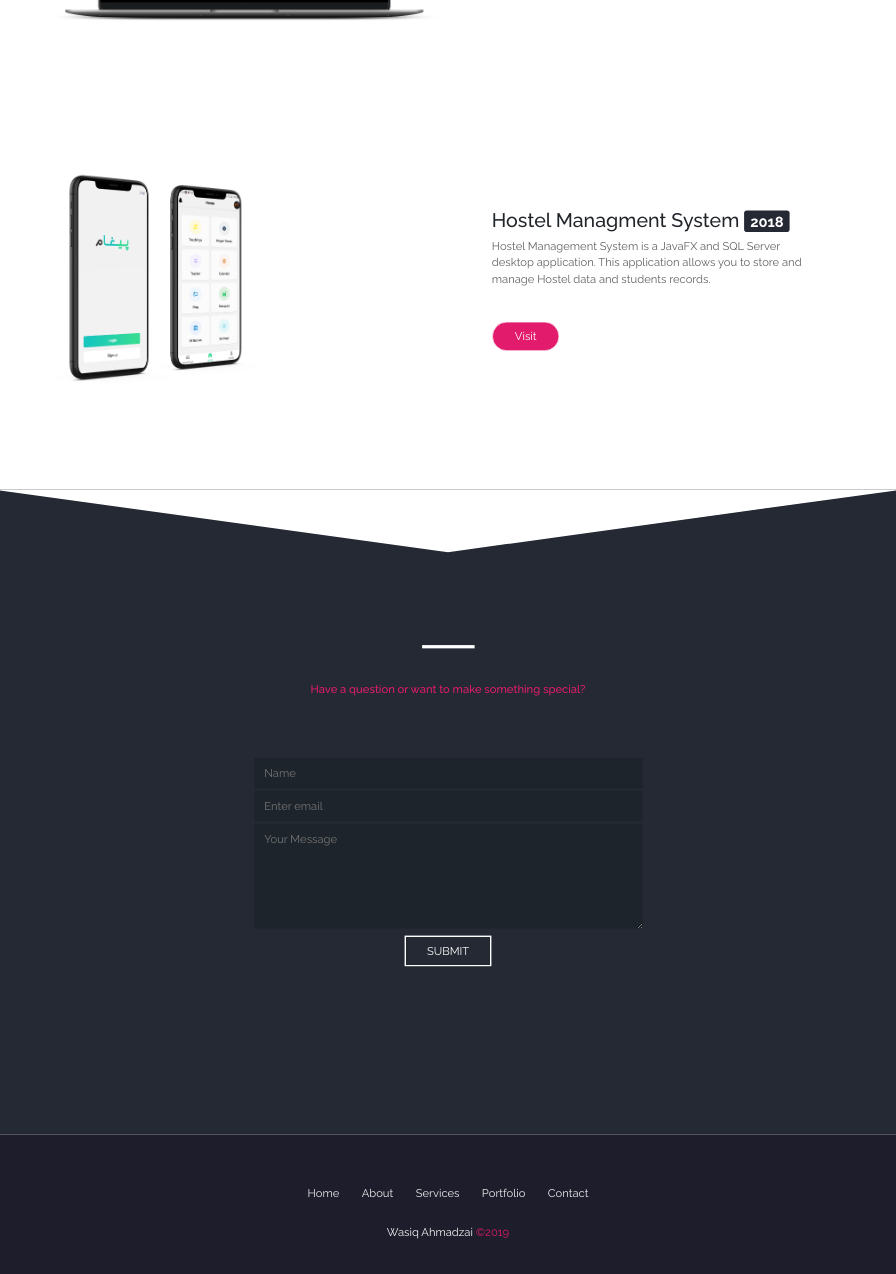
Repository: wasiqkhan/wasiqkhan.github.io
Page: index.html
These files come from the project's save history. The page is drawn as it stood at one moment and after the next save; the edit follows.
The browser window is 1280 px wide. The pictures show the part of the page from y = 3182 to 5102 px (the page is 5002 px tall before and 5102 px after), at 70% of full size.
Some web fonts or font styles are not loaded; a fallback is used.

Above is the page before, as saved 2020-12-03 01:44:41.
Not found: js/all.js
Not found: js/app.js
Not found: js/particles.js

After the next save:
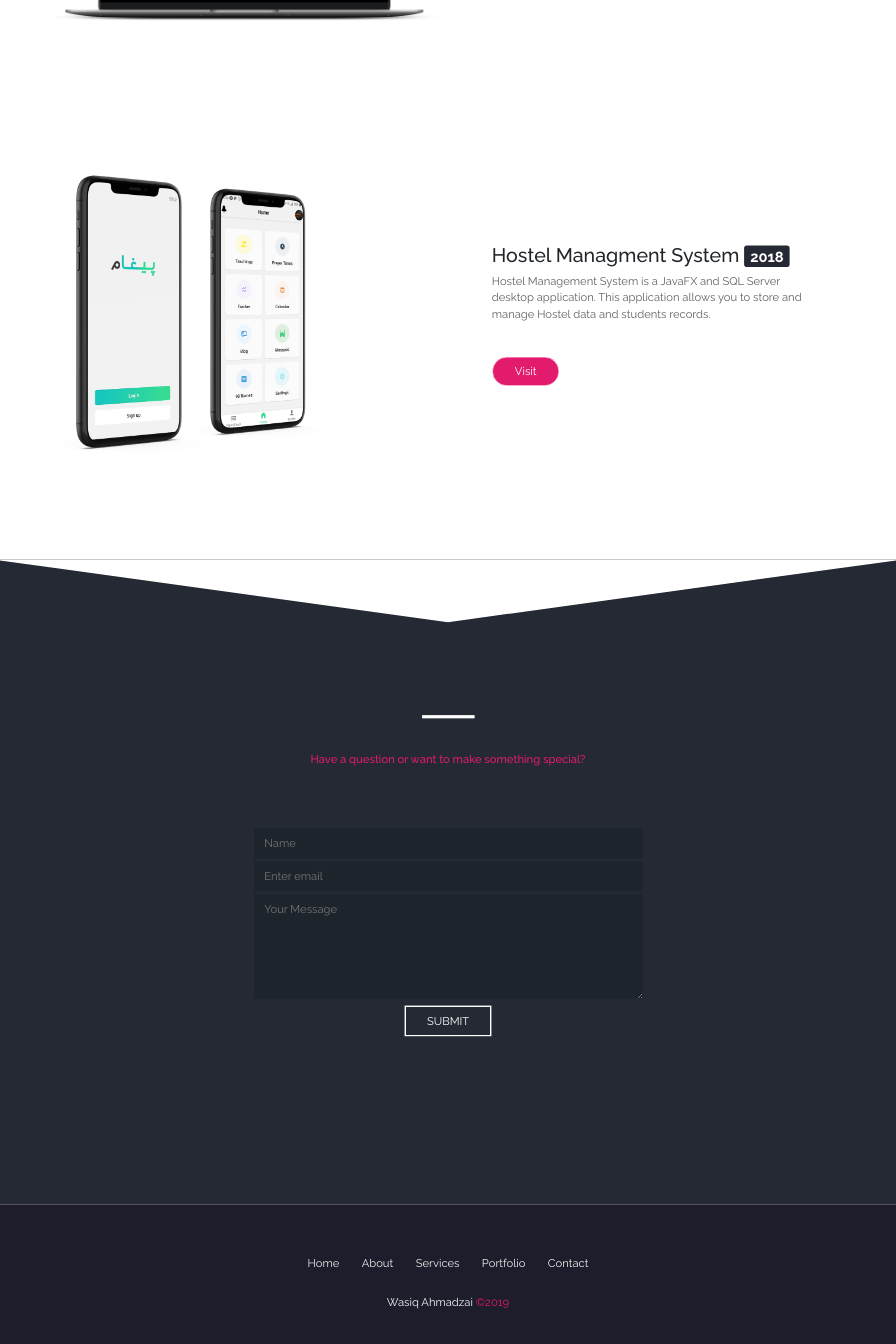
Saved 61 s later.
--- a/index.html
+++ b/index.html
@@ -294,7 +294,7 @@
 
         <div class="portfolio-items row align-items-center h-100 text-center text-lg-left" style="margin-top: 220px;">
           <div class="col-lg-6 p-lg-0">
-            <img src="./img/paigham.png" height="300"  >
+            <img src="./img/paigham.png" height="400"  >
 
           </div>
           <div class="col-lg-5 mx-auto py-3">
